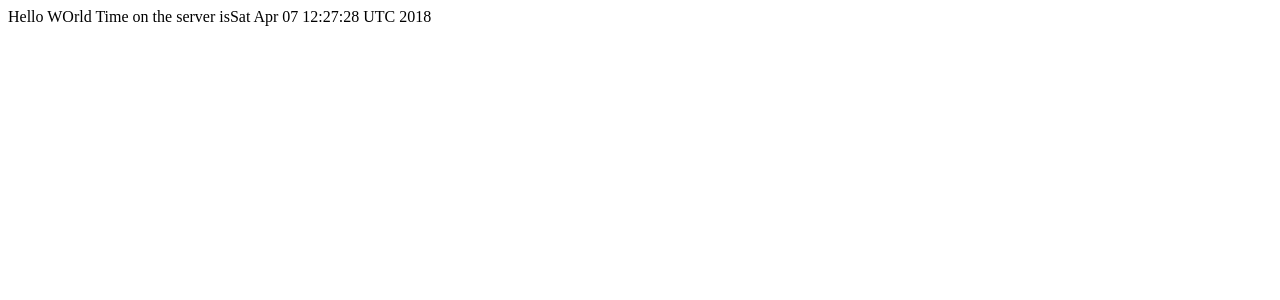
Repository: nikhilbad7/jsp-practicals
Page: http://localhost/servletdemo/HelloWorldServlet
An editor plug-in stored every save of this project. The page is shown before and after the next save, followed by the edit.
The browser window is 1280 px wide. The pictures show the whole page.
The page is served by Tomcat 9.

Above is the page before, as saved 2018-04-07 12:38:57.

After the next save:
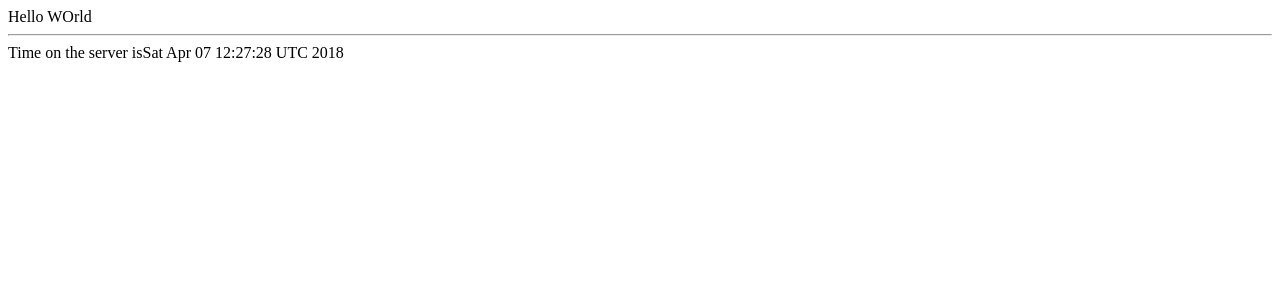
Saved 26 s later.
--- a/servletdemo/src/com/nikhil/servletdemo/HelloWorldServlet.java
+++ b/servletdemo/src/com/nikhil/servletdemo/HelloWorldServlet.java
@@ -32,7 +32,7 @@ public class HelloWorldServlet extends HttpServlet {
 		response.setContentType("text/html");
 		PrintWriter out = response.getWriter();
 		out.println("<html><body>");
-		out.println("Hello WOrld"+ "</hr>");
+		out.println("Hello WOrld"+ "<hr>");
 		out.println("Time on the server is"+ new java.util.Date());
 		out.println("</body></html>");
 
